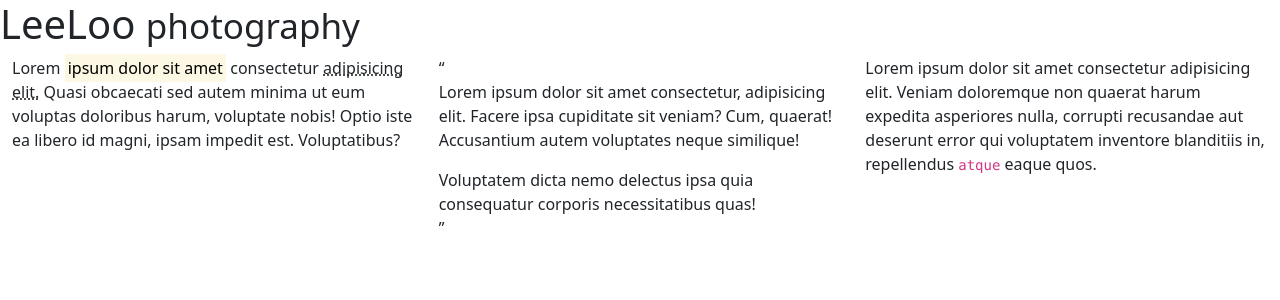
Repository: Zyzik-33/bootstrap-test
Page: index.html
The author's editor kept a copy of each file at every save. The page is drawn from the files as they stood at one save, then again after the next save.
The browser window is 1280 px wide. The pictures show the whole page.

Above is the page before, as saved 2021-01-27 14:48:28.

### index.html
<!DOCTYPE html>
<html lang="en">
<head>
  <title>LeeLoo</title>
  <meta charset="UTF-8">
  <meta name="viewport" content="width=device-width, initial-scale=1.0">
  <link href="https://cdn.jsdelivr.net/npm/bootstrap@5.0.0-beta1/dist/css/bootstrap.min.css" rel="stylesheet" integrity="sha384-giJF6kkoqNQ00vy+HMDP7azOuL0xtbfIcaT9wjKHr8RbDVddVHyTfAAsrekwKmP1" crossorigin="anonymous">
  <script src="https://ajax.googleapis.com/ajax/libs/jquery/3.5.1/jquery.min.js"></script>
  <script src="https://cdn.jsdelivr.net/npm/bootstrap@5.0.0-beta1/dist/js/bootstrap.bundle.min.js" integrity="sha384-ygbV9kiqUc6oa4msXn9868pTtWMgiQaeYH7/t7LECLbyPA2x65Kgf80OJFdroafW" crossorigin="anonymous"></script>
</head>
<body>
  <h1>LeeLoo <small>photography</small> </h1>
  <div class="container-fluid">

    <div class="row">
      <div class="col-lg-4">Lorem <mark>ipsum dolor sit amet</mark> consectetur <abbr title="Explanation">adipisicing elit.</abbr> Quasi obcaecati sed autem minima ut eum voluptas doloribus harum, voluptate nobis! Optio iste ea libero id magni, ipsam impedit est. Voluptatibus?</div>
      <div class="col-lg-4">
        <q cite="http://developer.mozilla.org">
          <p>
            Lorem ipsum dolor sit amet consectetur, adipisicing elit. Facere ipsa cupiditate sit veniam? Cum, quaerat!
             Accusantium autem voluptates neque similique!
          </p>
          <footer>
            Voluptatem dicta nemo delectus ipsa quia consequatur corporis necessitatibus quas!
          </footer>
        </q>
      </div>
      <div class="col-lg-4">
        <blockquote class="blockquote-reverse">
          <p>
            Lorem ipsum dolor sit amet consectetur adipisicing elit.
            Veniam doloremque non quaerat harum expedita asperiores nulla,
            corrupti recusandae aut deserunt error qui voluptatem inventore
            blanditiis in, repellendus <code>atque</code> eaque quos.
          </p>
        </blockquote>
      </div>
    </div>
  </div>
</body>
</html>

After the next save:
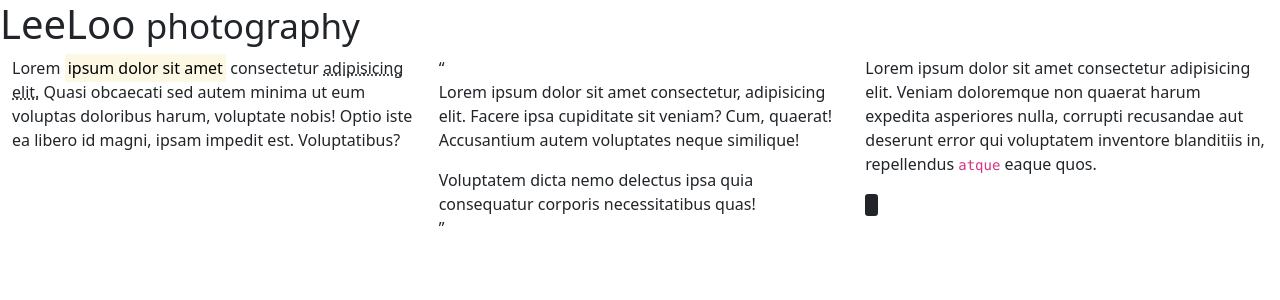
Saved 54 s later.
--- a/index.html
+++ b/index.html
@@ -33,6 +33,7 @@
             corrupti recusandae aut deserunt error qui voluptatem inventore
             blanditiis in, repellendus <code>atque</code> eaque quos.
           </p>
+          <footer><kbd></kbd></footer>
         </blockquote>
       </div>
     </div>
